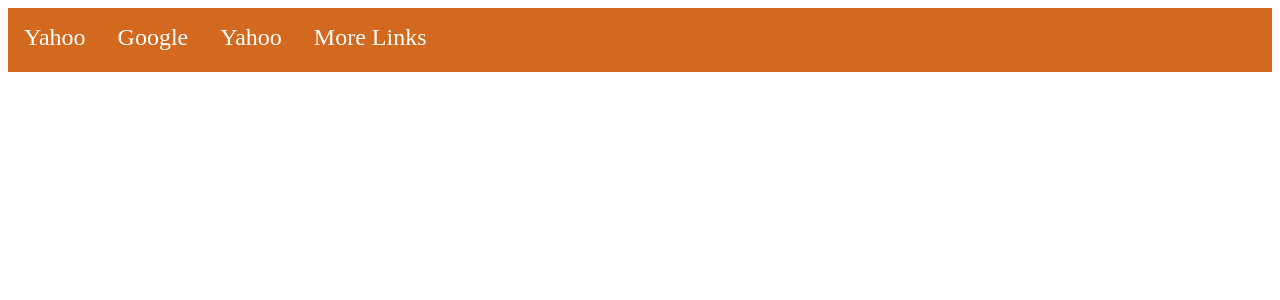
Repository: Dez2020/Dez2020.github.io
Page: navbar.html
The author's editor kept a record of every edit. The page is drawn from the files as they stood at one moment, then again after the next edit.
The browser window is 1280 px wide. The pictures show the whole page.

Above is the page before.

After the next edit:
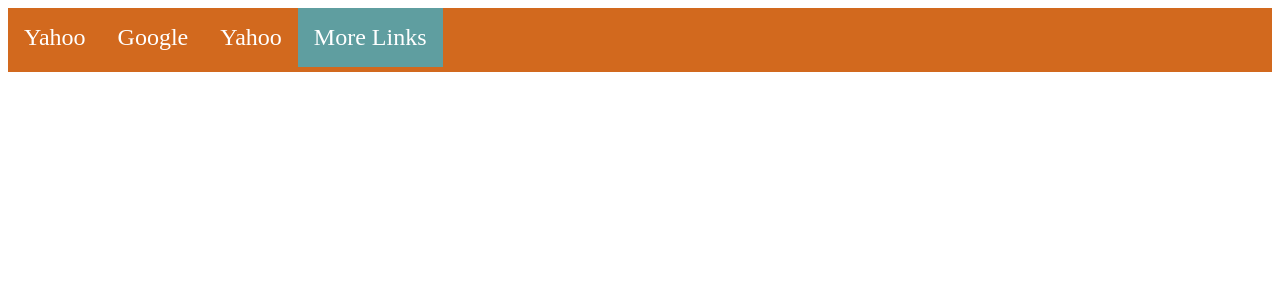
The edit:
--- a/navbar.html
+++ b/navbar.html
@@ -36,7 +36,7 @@
       .dropdown{
          background-color:#5F9EA0;
          color: white;
-         float: :left;
+         float: left;
          text-decoration:none;
          font-size: 24px;
       }
